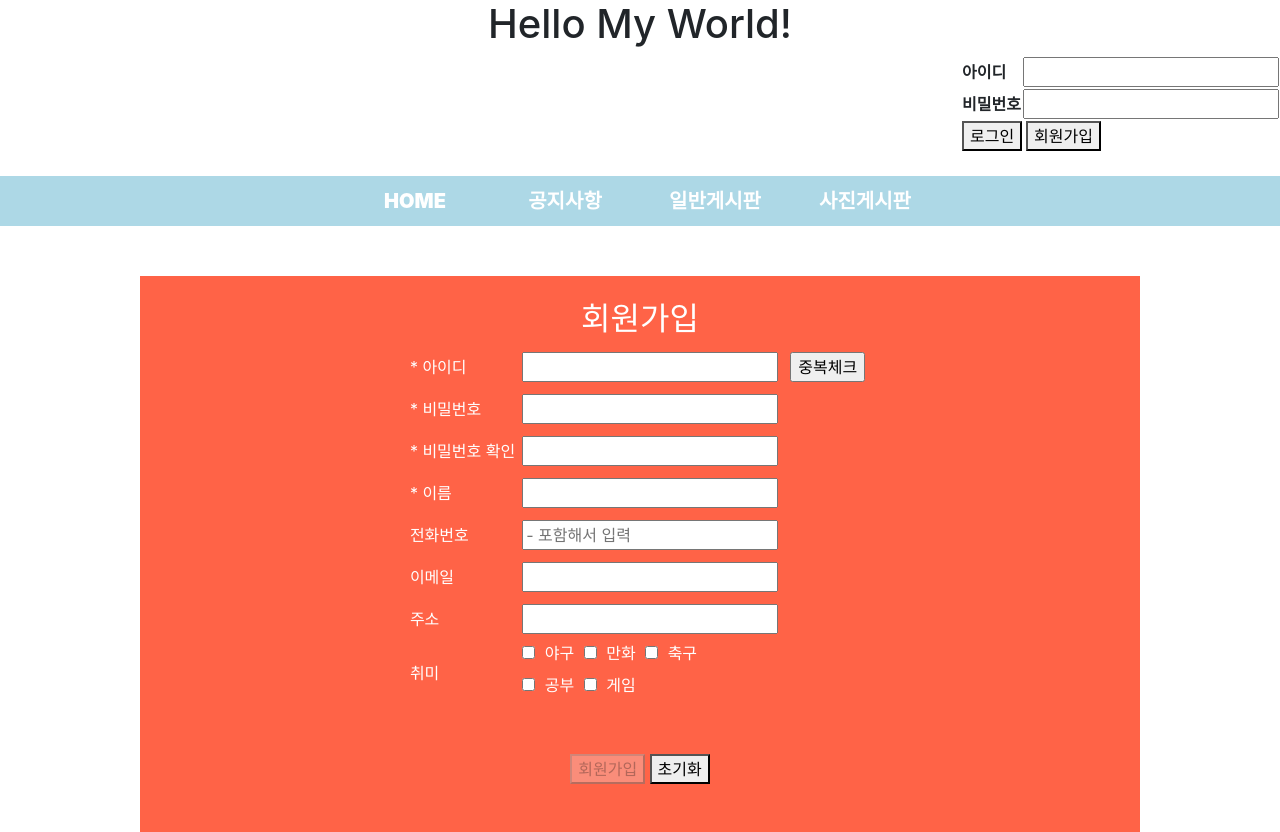
Repository: Developer-Choi-Jae-Young/FrameworkPractice
Page: http://localhost/mybatisProject/enrollForm.me
The author's editor kept a copy of each file at every save. The page is drawn from the files as they stood at one save, then again after the next save.
The browser window is 1280 px wide. The pictures show the whole page.
The page is served by Tomcat 9.

Above is the page before, as saved 2024-09-04 06:04:51.

After the next save:
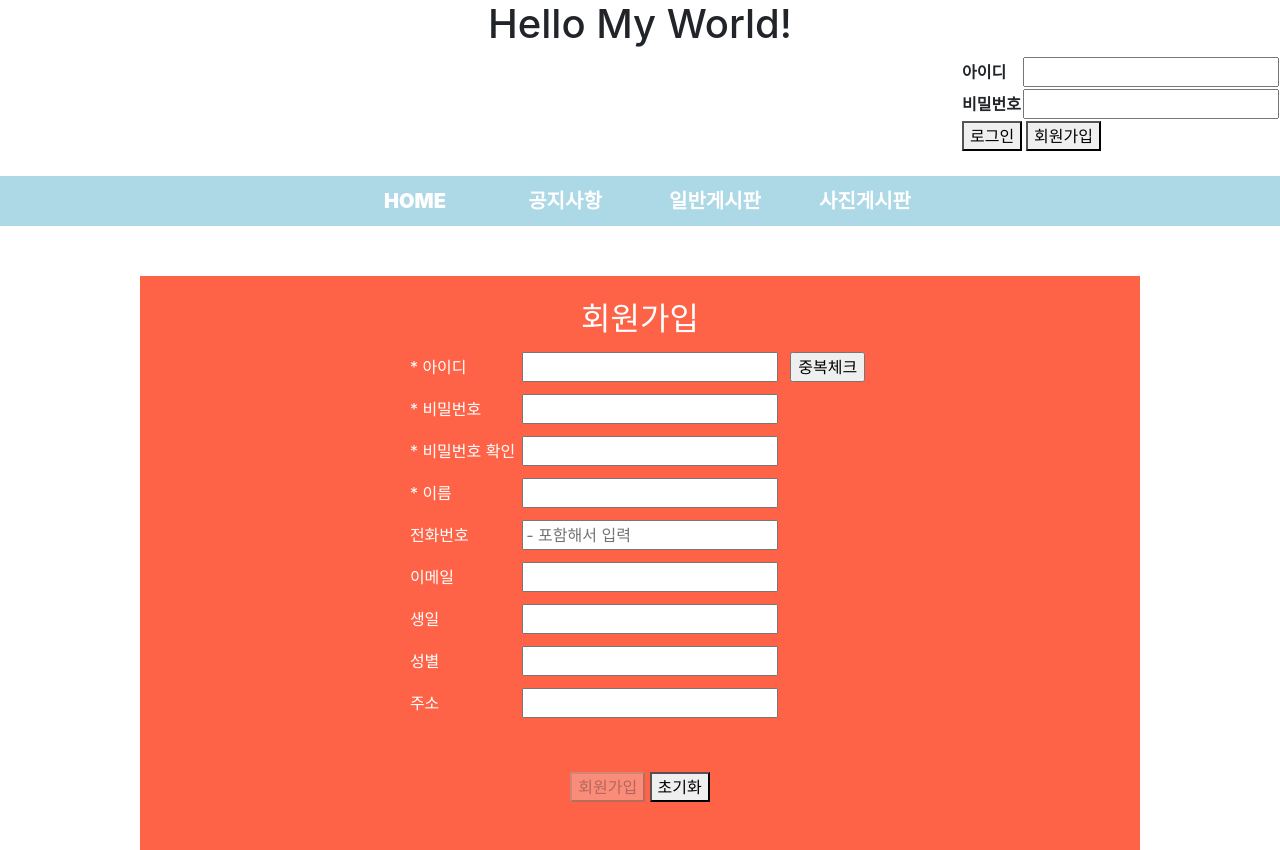
Saved 67 s later.
--- a/mybatis/mybatisProject/webapp/WEB-INF/views/member/memberEnrollForm.jsp
+++ b/mybatis/mybatisProject/webapp/WEB-INF/views/member/memberEnrollForm.jsp
@@ -75,30 +75,21 @@
 					</td>
 				</tr>
 				<tr>
-					<td>주소</td>
+					<td>생일</td>
 					<td>
 						<input type="text" name="address">
 					</td>
 				</tr>
 				<tr>
-					<td>취미</td>
+					<td>성별</td>
 					<td>
-						<input type="checkbox" name="interest" value="야구" id="baseball">
-						<label for="baseball">야구</label>
-
-						<input type="checkbox" name="interest" value="만화" id="cartoon">
-						<label for="cartoon">만화</label>
-
-						<input type="checkbox" name="interest" value="축구" id="soccer">
-						<label for="soccer">축구</label>
-
-						<br>
-
-						<input type="checkbox" name="interest" value="공부" id="study">
-						<label for="study">공부</label>
-
-						<input type="checkbox" name="interest" value="게임" id="game">
-						<label for="game">게임</label>
+						<input type="text" name="address">
+					</td>
+				</tr>
+				<tr>
+					<td>주소</td>
+					<td>
+						<input type="text" name="address">
 					</td>
 				</tr>
 			</table>
